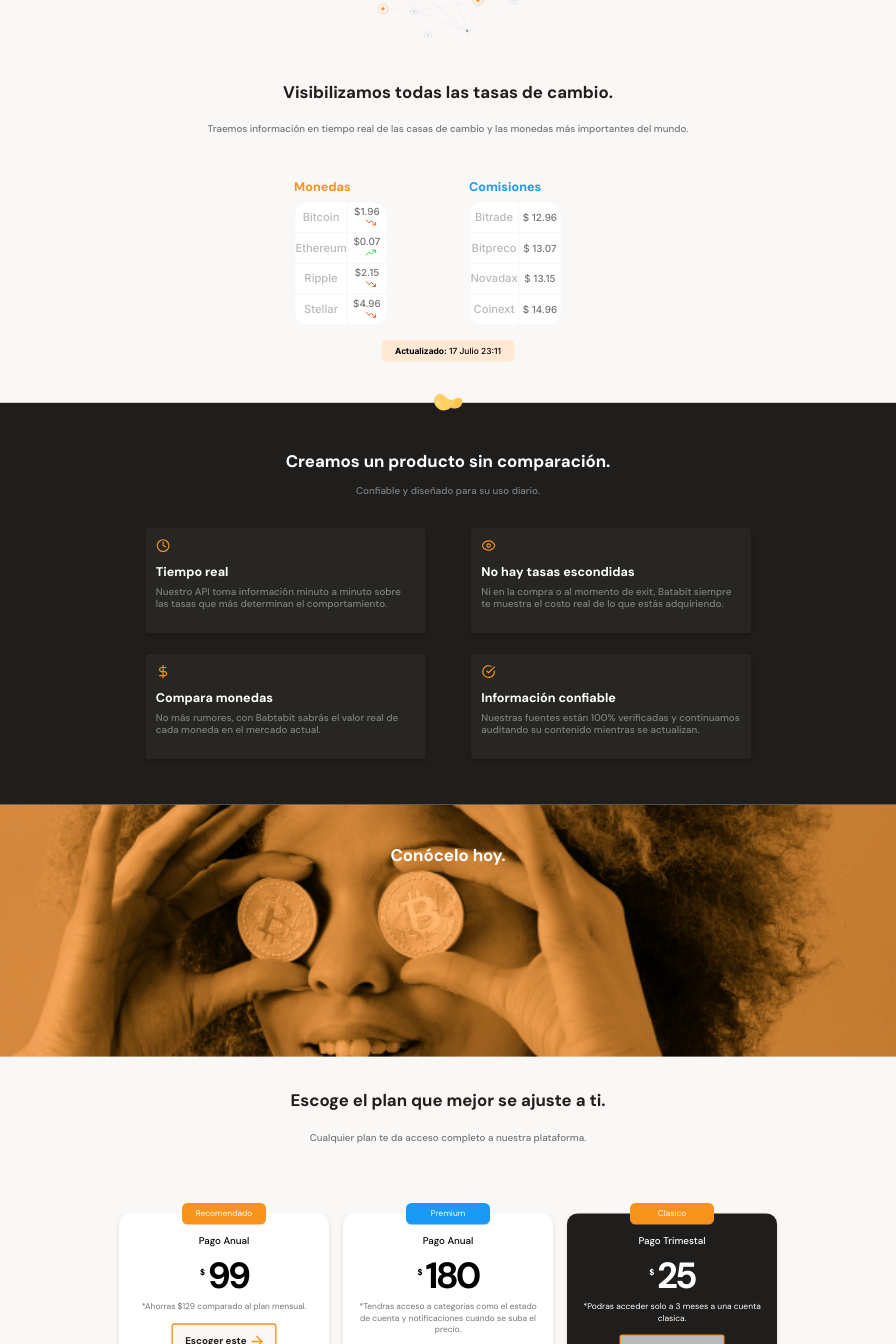
Repository: Pandrea-hub/Batatabit
Page: index.html
The author's editor kept a copy of each file at every save. The page is drawn from the files as they stood at one save, then again after the next save.
The browser window is 1280 px wide. The pictures show the part of the page from y = 558 to 2478 px (the page is 2778 px tall before and 2758 px after), at 70% of full size.

Above is the page before, as saved 2022-04-20 22:04:16.

After the next save:
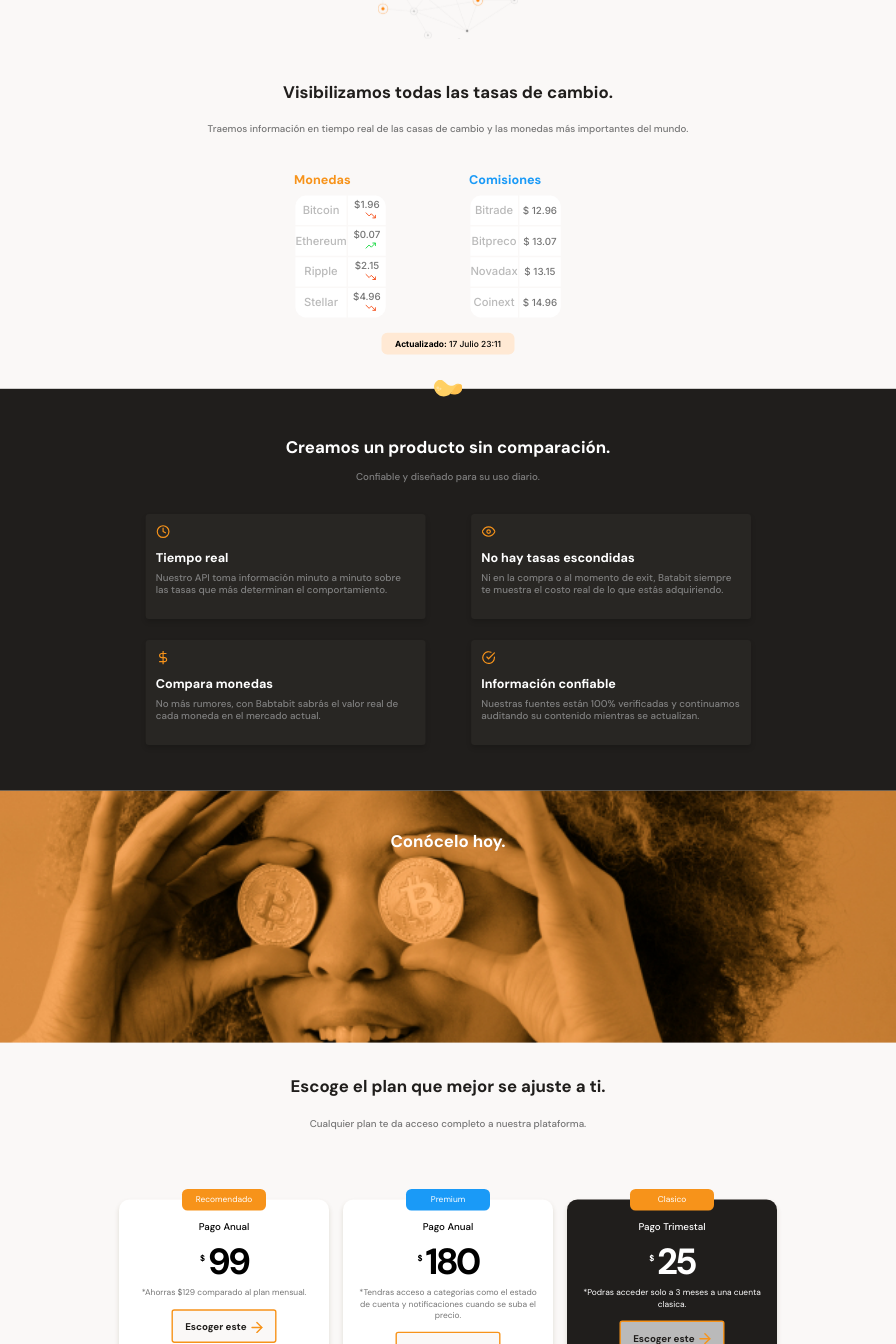
Saved 29 s later.
--- a/css/tablet.css
+++ b/css/tablet.css
@@ -1,3 +1,9 @@
+.main-tables-container{
+    margin: 10px auto;
+    width: 100%;
+}
+
+
 .main-currency-table{
     width: 100%;
 
